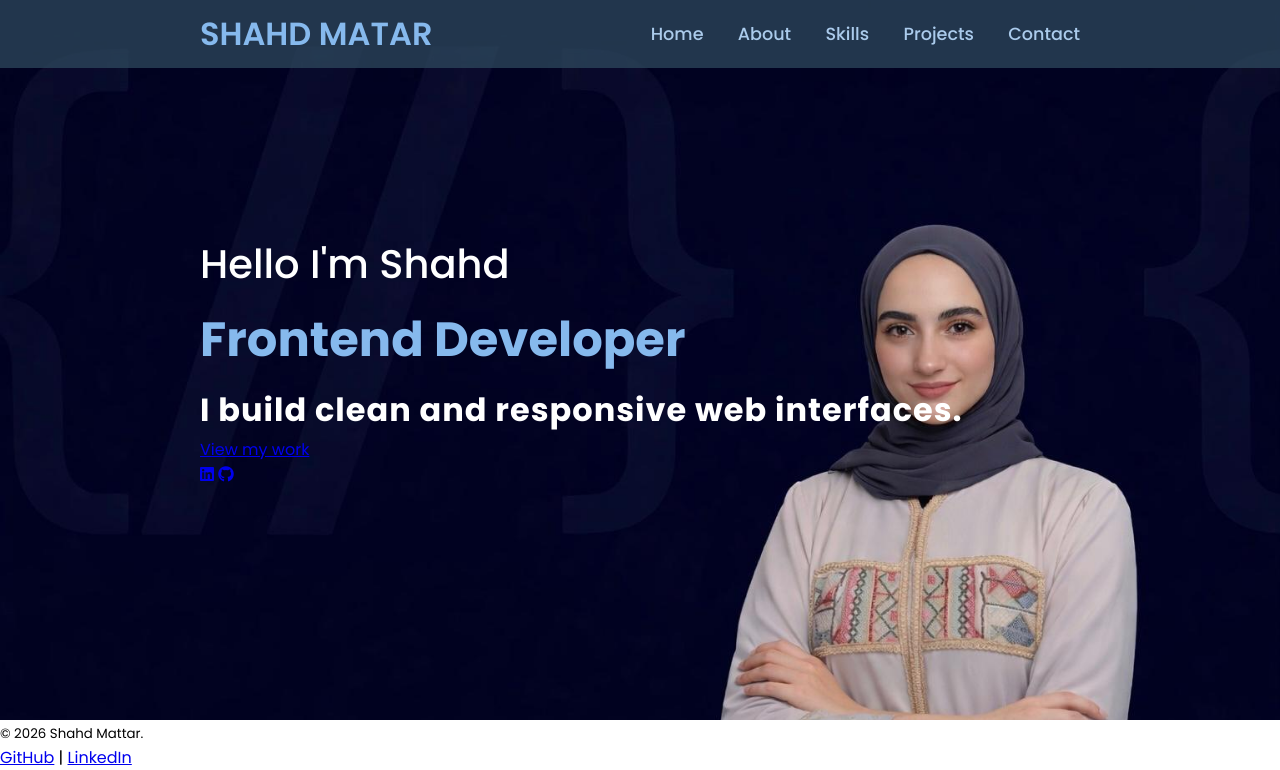
Repository: shahdmattar/personal-landing-page
Page: index.html
The author's editor kept a copy of each file at every save. The page is drawn from the files as they stood at one save, then again after the next save.
The browser window is 1280 px wide. The pictures show the whole page.
Backgrounds fixed to the window are drawn as part of the page.

Above is the page before, as saved 2026-04-15 11:54:38.

After the next save:
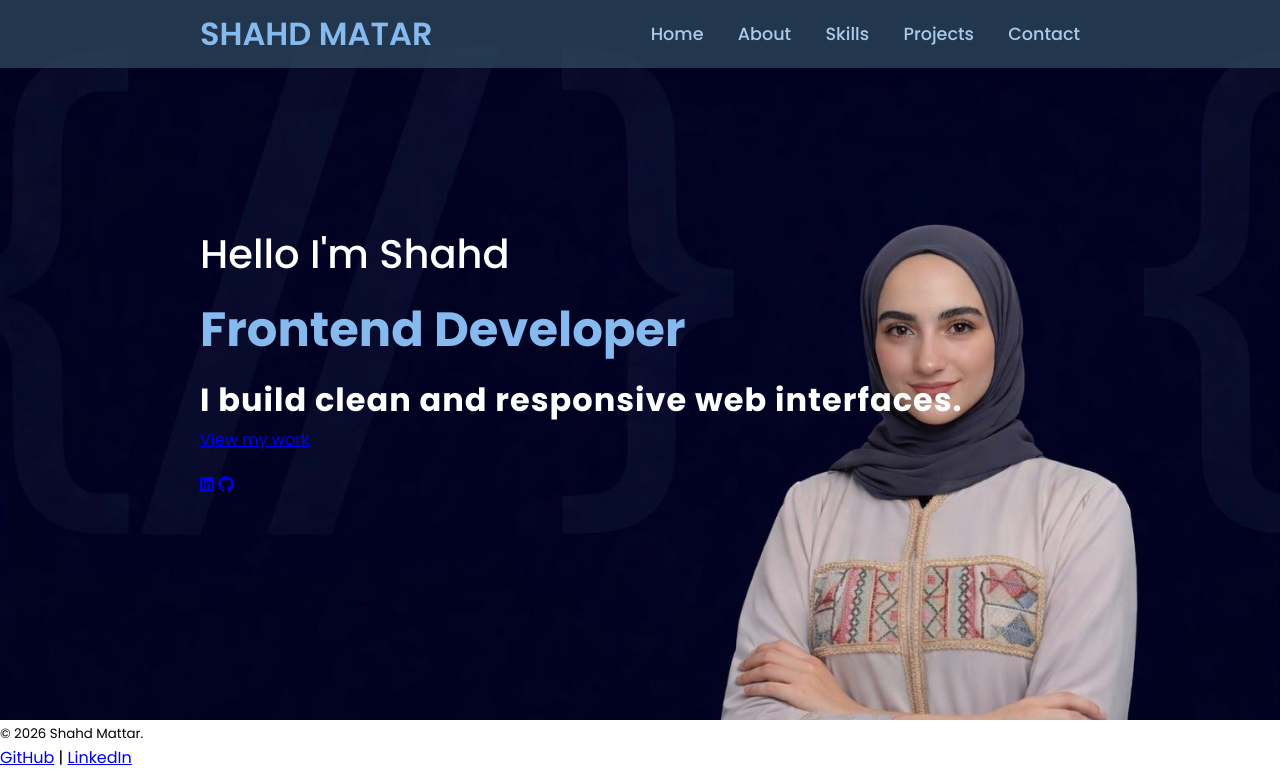
Saved 14 s later.
--- a/style.css
+++ b/style.css
@@ -78,3 +78,6 @@ section{
   font-weight:700;
   letter-spacing:1px;
 }
+.main .social-icons{
+  margin-top: 20px;
+}

After the save that followed:
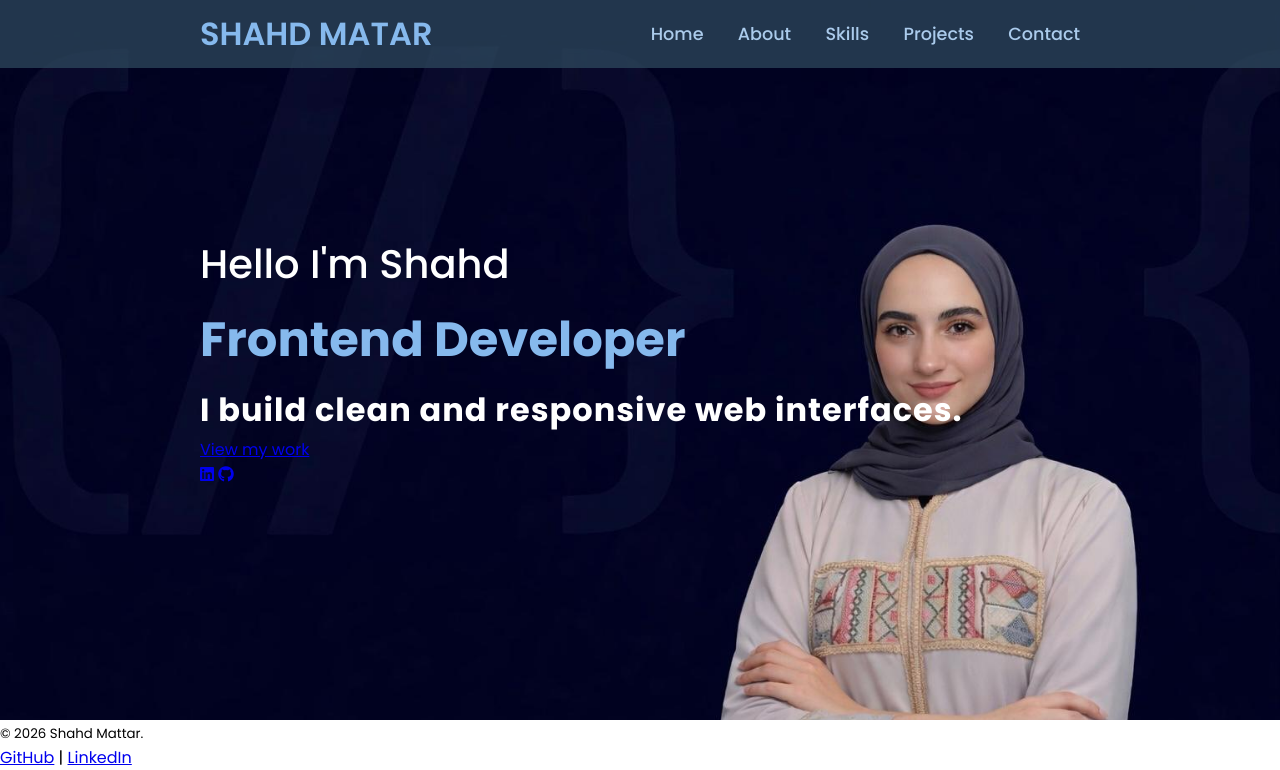
Saved 21 s later.
--- a/style.css
+++ b/style.css
@@ -78,6 +78,8 @@ section{
   font-weight:700;
   letter-spacing:1px;
 }
+
+.main
 .main .social-icons{
   margin-top: 20px;
 }
